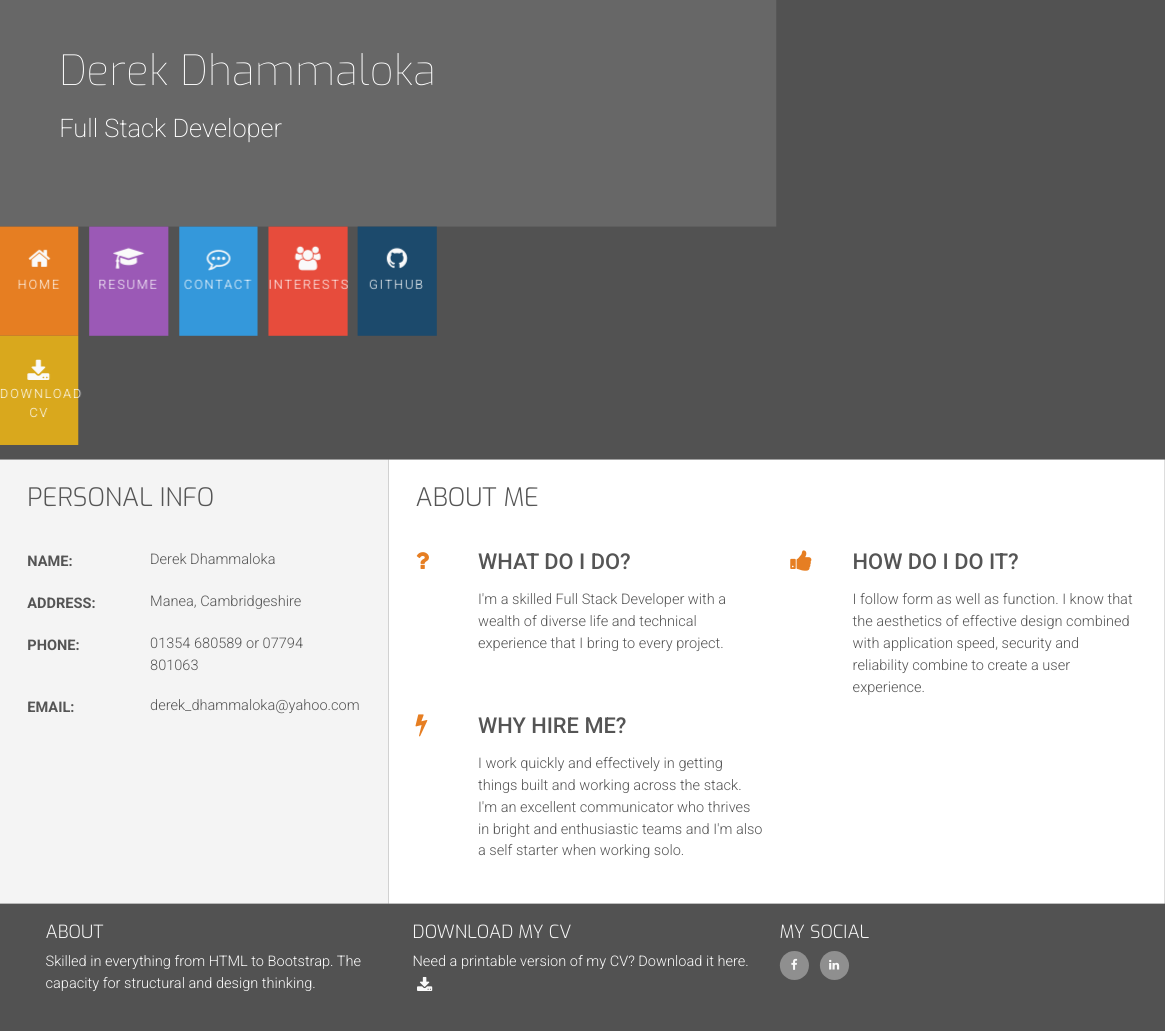
Repository: derektypist/derek-dhammaloka-cv
Page: index.html
The author's editor kept a record of every edit. The page is drawn from the files as they stood at one moment, then again after the next edit.
The browser window is 1280 px wide. The pictures show the whole page, at 91% of full size.
Some web libraries are served in a nearby version.

Above is the page before.

After the next edit:
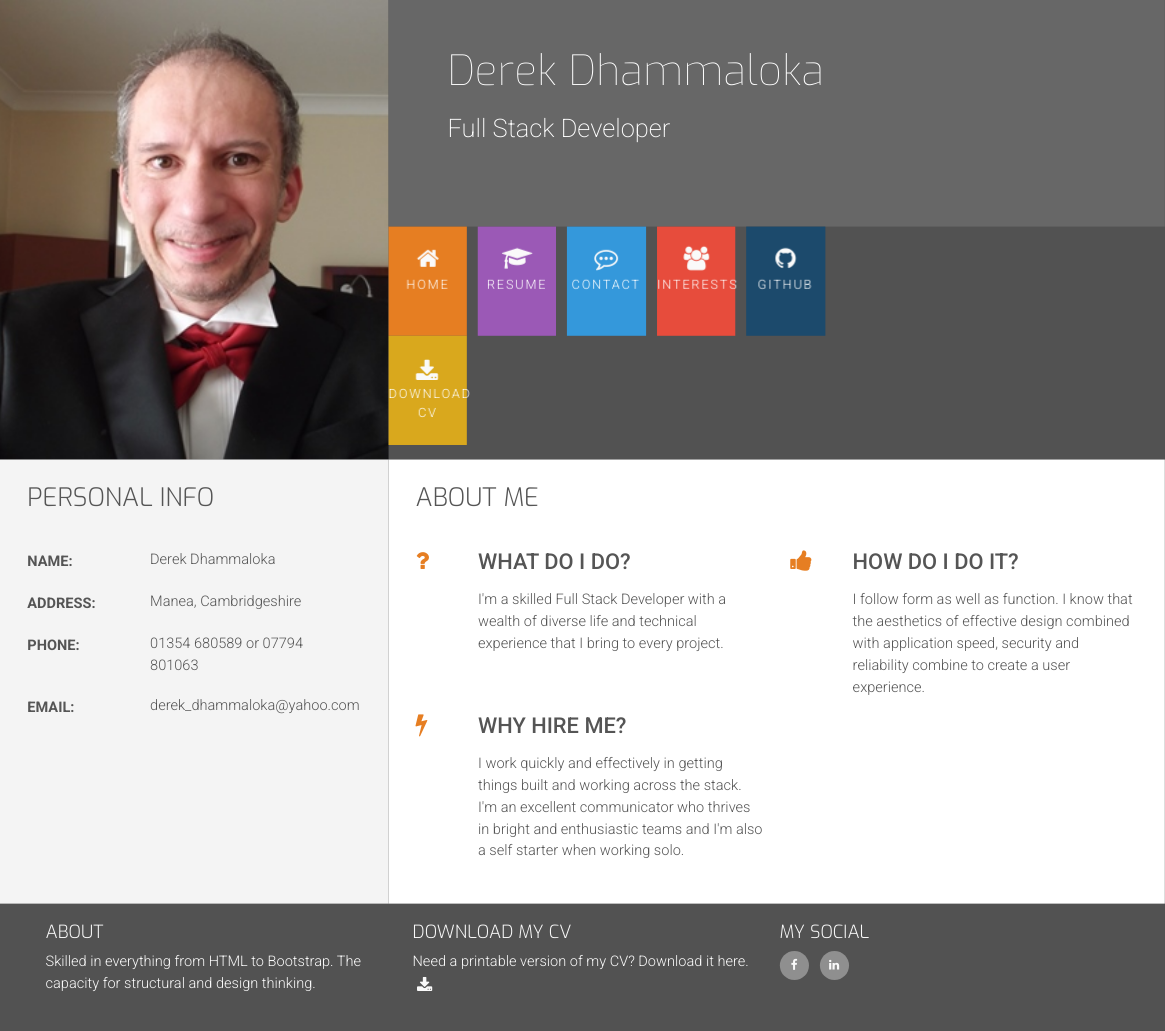
The edit:
--- a/index.html
+++ b/index.html
@@ -13,10 +13,7 @@
 
             <div class="row">
 
-                <a href="index.html" title="Derek Dhammaloka Home Page">
-
-
-                </a>
+                <a class="col-md-4 logo" href="index.html" title="Derek Dhammaloka Home Page"></a>
 
                 <div class="col-md-8">
 
